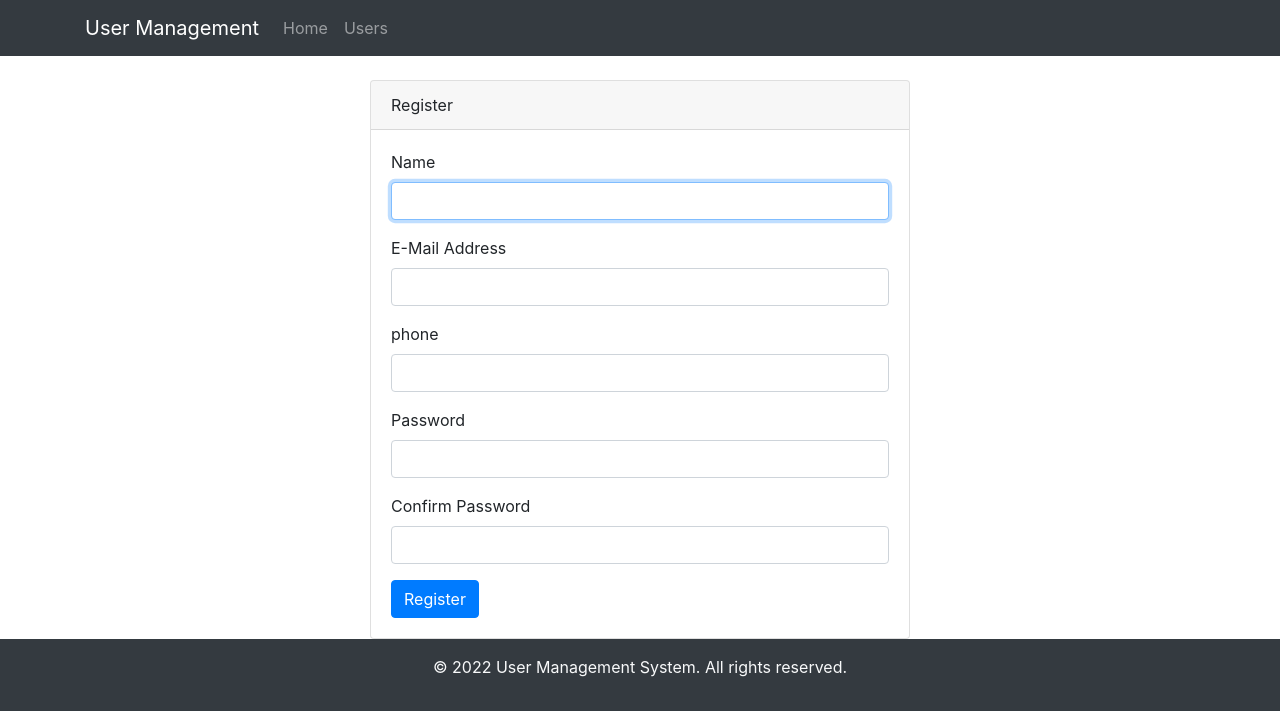
Repository: Tauqeer124/usermanagemet
Page: http://localhost/register
An editor plug-in stored every save of this project. The page is shown before and after the next save, followed by the edit.
The browser window is 1280 px wide. The pictures show the whole page.
The page is served by the project's Laravel application, run on PHP 8.4 with Laravel 8.

Above is the page before, as saved 2023-07-24 11:18:21.

After the next save:
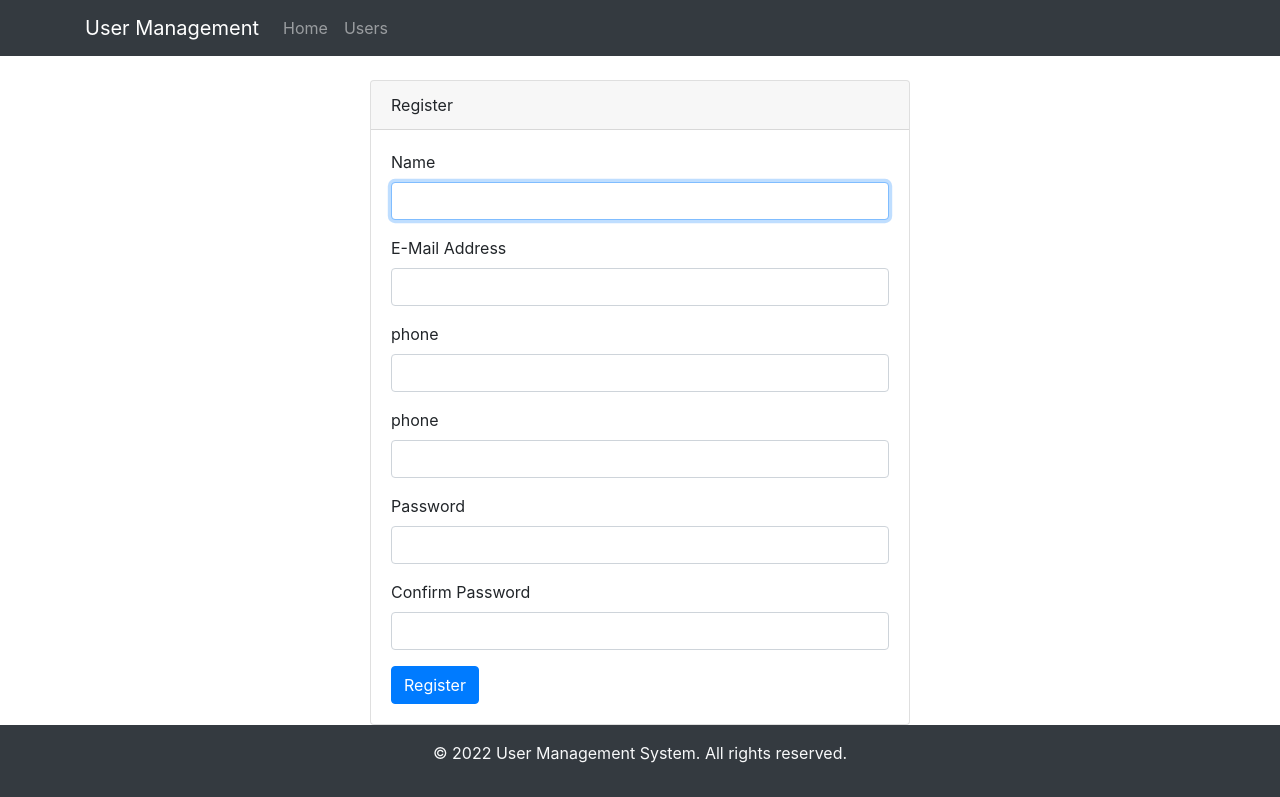
Saved 14 s later.
--- a/resources/views/auth/register.blade.php
+++ b/resources/views/auth/register.blade.php
@@ -38,6 +38,15 @@
                                 </span>
                             @enderror
                         </div>
+                        <div class="form-group">
+                            <label for="phone">{{ __('phone') }}</label>
+                            <input id="phone" type="text" class="form-control @error('phone') is-invalid @enderror" name="phone" required autocomplete="email">
+                            @error('phone')
+                                <span class="invalid-feedback" role="alert">
+                                    <strong>{{ $message }}</strong>
+                                </span>
+                            @enderror
+                        </div>
 
                         <div class="form-group">
                             <label for="password">{{ __('Password') }}</label>
